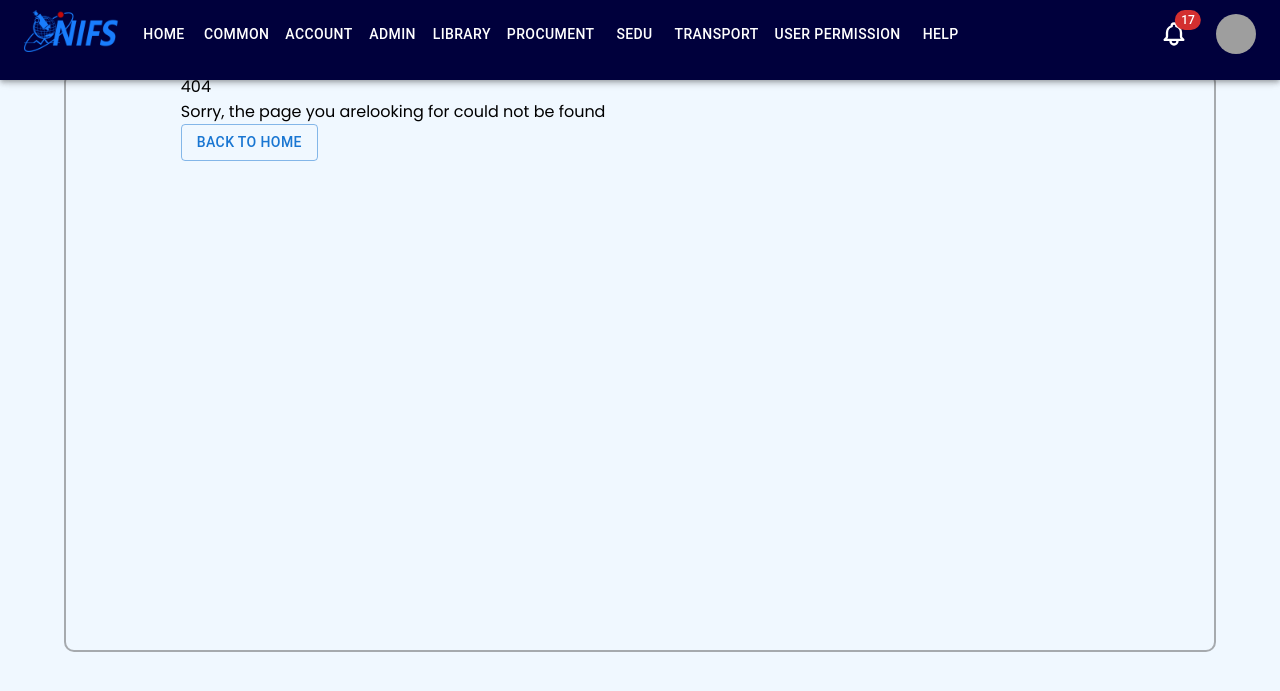
Repository: virangaj/NIFS-WebApp
Page: /error-404 (app in client/)
An editor plug-in stored every save of this project. The page is shown before and after the next save, followed by the edit.
The browser window is 1280 px wide. The pictures show the whole page.
Pictures or frames that could not be fetched are drawn as grey boxes. The project was rebuilt for these pictures with package versions that can differ from the ones it lists, and the page was loaded fresh each time. Also part of the build but not shown: client/src/pages/Login.tsx, client/src/pages/Home.tsx, client/src/components/Transport/shared/TransportNavbar.js, client/src/pages/TransportMainPage.tsx, client/src/pages/CommonMainPage.tsx, client/src/pages/AccountMainPage.tsx, client/src/pages/AdminMainPage.tsx, client/src/pages/LibraryMainPage.js and 16 more.

Above is the page before, as saved 2022-07-27 20:18:12.

### client/public/index.html
<!DOCTYPE html>
<html lang="en">
	<head>
		<meta charset="utf-8" />
		<link rel="icon" href="nifs_logo.png" />
		<meta name="viewport" content="width=device-width, initial-scale=1" />
		<meta name="theme-color" content="#000000" />
		<meta
			name="description"
			content="Web site created using create-react-app"
		/>
		<link rel="apple-touch-icon" href="%PUBLIC_URL%/logo192.png" />
		<!--
      manifest.json provides metadata used when your web app is installed on a
      user's mobile device or desktop. See https://developers.google.com/web/fundamentals/web-app-manifest/
    -->
		<link rel="manifest" href="%PUBLIC_URL%/manifest.json" />
		<!--
      Notice the use of %PUBLIC_URL% in the tags above.
      It will be replaced with the URL of the `public` folder during the build.
      Only files inside the `public` folder can be referenced from the HTML.

      Unlike "/favicon.ico" or "favicon.ico", "%PUBLIC_URL%/favicon.ico" will
      work correctly both with client-side routing and a non-root public URL.
      Learn how to configure a non-root public URL by running `npm run build`.
    -->
		<link
			href="https://fonts.googleapis.com/css?family=Poppins"
			rel="stylesheet"
		/>
		<title>NIFS Dashboard</title>
	</head>
	<body>
		<noscript>You need to enable JavaScript to run this app.</noscript>
		<div id="root"></div>
		<!--
      This HTML file is a template.
      If you open it directly in the browser, you will see an empty page.

      You can add webfonts, meta tags, or analytics to this file.
      The build step will place the bundled scripts into the <body> tag.

      To begin the development, run `npm start` or `yarn start`.
      To create a production bundle, use `npm run build` or `yarn build`.
    -->
	</body>
</html>

### client/src/index.css
* {
  margin: 0;
}

body {
  font-family: 'Poppins';
  -webkit-font-smoothing: antialiased;
  -moz-osx-font-smoothing: grayscale;
  background-color: aliceblue;
}

:root {
  --main-navbar-back: #00003c;
  --nav-title-section-back: rgba(4, 70, 80, 0.616);
  --white: #fff;
  --black: #000;
  --gray: rgba(68, 68, 68, 0.432);
  --border-radius: 10px;
  --pimary: rgb(10, 94, 133);
  --warning: #ed3d63;
}


.nav-logo {
  width: 100px;
  height: auto;
}

a {
  text-decoration: none;
}


/* main navbar */
.main-navbar {
  background-color: var(--main-navbar-back) !important;
  width: 100% !important;
  height: 80px !important;

}



/* secondary navbar */
.secondary-navbar {
  margin-top: 10vh !important;
  margin: auto;
}

.nav-flex-section {
  display: flex;
  justify-content: center;
}

.nav-flex-inside {
  margin-left: 5px;
  margin-left: 5px;
}

.nav-title {
  font-size: 15px;
  text-align: center;
  color: var(--white);
  font-weight: 600;

}

.nav-title-section {
  border-radius: var(--border-radius);
  background-color: var(--nav-title-section-back);
  box-shadow: rgba(100, 100, 111, 0.2) 0px 7px 29px 0px;

}

.nav-icon {
  font-size: 30px;
}

.nav-link {
  display: flex;
  flex-direction: column;
  align-items: center;
  font-size: 15px;
  margin-left: 10px;
  margin-left: 10px;
  border: none;
  box-shadow: rgba(100, 100, 111, 0.2) 0px 7px 29px 0px;
  padding: 4px 8px 6px 8px;
  margin-bottom: 10px;
  text-align: center;
  width: 125px;
  border-radius: var(--border-radius);
  background-color: var(--white);
  outline: none;
  height: 100px;

}

.nav-link:hover {
  color: var(--pimary);
  cursor: pointer;
  box-shadow: rgba(81, 146, 177, 0.2) 0px 7px 29px 0px;
  background-color: rgb(254, 255, 205);
  border-bottom: 2px solid var(--warning);

}


.nav-link:active {
  color: var(--pimary);
  cursor: pointer;
  box-shadow: rgba(81, 146, 177, 0.2) 0px 7px 29px 0px;
  background-color: rgb(205, 248, 255);
  border-bottom: 2px solid var(--warning);
}

.nav-link-active {
  color: var(--pimary);
  cursor: pointer;
  box-shadow: rgba(81, 146, 177, 0.2) 0px 7px 29px 0px;
  background-color: rgb(205, 248, 255);
  border-bottom: 2px solid var(--warning);
}

/* body content */
.body-content {
  margin: auto;
  width: 90%;
  margin-top: 10vh;

}



/* error page */
.error-page {


  align-items: center;
  border: 2px solid var(--gray);
  border-radius: var(--border-radius);
  height: 80vh;
}

.error-page-content {
  width: 80%;
  margin: auto;
}

### client/src/App.tsx
import React, { useEffect } from 'react';
import Navbar from './components/shared/Navbar';
import Login from './pages/Login'
import { BrowserRouter as Router, Route, Routes } from 'react-router-dom'
import Home from './pages/Home';
import TransportMainPage from './pages/TransportMainPage';
import CommonMainPage from './pages/CommonMainPage';
import AccountMainPage from './pages/AccountMainPage';
import AdminMainPage from './pages/AdminMainPage';
import LibraryMainPage from './pages/LibraryMainPage';
import ProcumentMainPage from './pages/ProcumentMainPage';
import SeduMainPage from './pages/SeduMainPage';
import UserPermissionMainPage from './pages/UserPermissionMainPage';
import NotificationMainPage from './pages/NotificationMainPage';
import HelpMainPage from './pages/HelpMainPage';
import ErrorPage from './pages/ErrorPage';

function App() {


  return (
    <Router>
      <Navbar />
      <Routes>

        <Route path="/login" element={<Login />} />
        <Route path="/" element={<Home />} />
        <Route path="/common/*" element={<CommonMainPage />} />
        <Route path="/account/*" element={<AccountMainPage />} />
        <Route path="/admin/*" element={<AdminMainPage />} />
        <Route path="/library/*" element={<LibraryMainPage />} />
        <Route path="/procument/*" element={<ProcumentMainPage />} />
        <Route path="/sedu/*" element={<SeduMainPage />} />
        <Route path="/transport/*" element={<TransportMainPage />} />
        <Route
          path="/user-permission/*"
          element={<UserPermissionMainPage />}
        />
        <Route
          path="/notification/*"
          element={<NotificationMainPage />}
        />
        <Route path="/help/*" element={<HelpMainPage />} />
        <Route path="/error-404" element={<ErrorPage />} />
      </Routes>


    </Router>
  );
}

export default App;

### client/src/components/shared/Navbar.tsx
import * as React from 'react';
import AppBar from '@mui/material/AppBar';
import Box from '@mui/material/Box';
import Toolbar from '@mui/material/Toolbar';
import IconButton from '@mui/material/IconButton';
import Typography from '@mui/material/Typography';
import Menu from '@mui/material/Menu';
import Container from '@mui/material/Container';
import Avatar from '@mui/material/Avatar';
import Button from '@mui/material/Button';
import Tooltip from '@mui/material/Tooltip';
import MenuItem from '@mui/material/MenuItem';
import { HiMenuAlt2, HiOutlineBell } from "react-icons/hi";
import Badge from '@mui/material/Badge';
import Logo from '../../images/nifs_logo.png'
import { Link, useLocation } from 'react-router-dom';
const pages = [
    {
        id: 0,
        title: 'Home',
        link: '/',
    },
    {
        id: 1,
        title: 'Common',
        link: '/common',
    },
    {
        id: 2,
        title: 'Account',
        link: '/account',
    },
    {
        id: 3,
        title: 'Admin',
        link: '/admin',
    },
    {
        id: 4,
        title: 'Library',
        link: '/library',
    },
    {
        id: 5,
        title: 'Procument',
        link: '/procument',
    },
    {
        id: 6,
        title: 'SEDU',
        link: '/sedu',
    },
    {
        id: 7,
        title: 'Transport',
        link: '/transport',
    },
    {
        id: 8,
        title: 'User Permission',
        link: '/user-permission',
    },
    // {
    //     id: 9,
    //     title: 'Notification',
    //     link: '/notification',
    // },
    {
        id: 10,
        title: 'Help',
        link: '/help',
    },
];
const settings = [
    {
        id: 0,
        title: 'Login',
        link: '/login',
    },
];
const Navbar = () => {

    // nav bar function and variables
    const location: any = useLocation();

    const [anchorElNav, setAnchorElNav] = React.useState<null | HTMLElement>(null);
    const [anchorElUser, setAnchorElUser] = React.useState<null | HTMLElement>(null);

    const handleOpenNavMenu = (event: React.MouseEvent<HTMLElement>) => {
        setAnchorElNav(event.currentTarget);
    };
    const handleOpenUserMenu = (event: React.MouseEvent<HTMLElement>) => {
        setAnchorElUser(event.currentTarget);
    };

    const handleCloseNavMenu = () => {
        setAnchorElNav(null);
    };

    const handleCloseUserMenu = () => {
        setAnchorElUser(null);
    };

    return (
        <AppBar position="fixed" className="main-navbar">
            <Container maxWidth="xl">
                <Toolbar disableGutters>
                    {/*Responsive view start here  */}
                    <Box sx={{ display: { xs: 'none', md: 'flex' }, mr: 1 }}>
                        <Link to='/'>
                            <img src={Logo} alt="logo" className="nav-logo" />
                        </Link>
                    </Box>


                    <Box sx={{ flexGrow: 1, display: { xs: 'flex', md: 'none' } }}>
                        <IconButton
                            size="large"
                            aria-label="account of current user"
                            aria-controls="menu-appbar"
                            aria-haspopup="true"
                            onClick={handleOpenNavMenu}
                            color="inherit"
                        >
                            <HiMenuAlt2 />
                        </IconButton>
                        <Menu
                            id="menu-appbar"
                            anchorEl={anchorElNav}
                            anchorOrigin={{
                                vertical: 'bottom',
                                horizontal: 'left',
                            }}
                            keepMounted
                            transformOrigin={{
                                vertical: 'top',
                                horizontal: 'left',
                            }}
                            open={Boolean(anchorElNav)}
                            onClose={handleCloseNavMenu}
                            sx={{
                                display: { xs: 'block', md: 'none' },
                            }}
                        >
                            {pages && pages.map((page, index) => (
                                location.pathname.split('/')[1] === page.link.split('/')[1] ?
                                    <Link to={page.link} style={{ textDecoration: 'none' }} key={index}>
                                        <Button

                                            onClick={handleCloseNavMenu}
                                            sx={{ my: 2, color: 'white', display: 'block' }}
                                            style={{ backgroundColor: '#000', color: '#fff', fontWeight: 700 }}
                                        >
                                            {page.title}
                                        </Button>
                                    </Link>
                                    :
                                    <Link to={page.link} style={{ textDecoration: 'none' }} >
                                        <Button
                                            key={page.id}
                                            onClick={handleCloseNavMenu}
                                            sx={{ my: 2, color: 'white', display: 'block' }}
                                            style={{ backgroundColor: '#fff', color: '#000' }}
                                        >
                                            {page.title}
                                        </Button>
                                    </Link>
                            ))}
                        </Menu>
                    </Box>
                    {/* Responsive view ends here */}

                    {/* Full width starts here */}
                    <Box
                        sx={{
                            mr: 2,
                            display: { xs: 'flex', md: 'none' },
                            flexGrow: 1,
                        }}
                    >
                        <Link to='/'>
                            <img src={Logo} alt="logo" className="nav-logo" />
                        </Link>
                    </Box>

                    <Box sx={{ flexGrow: 1, display: { xs: 'none', md: 'flex' } }}>
                        {pages.map((page, index) => (
                            location.pathname.split('/')[1] === page.link.split('/')[1] ?
                                <Link to={page.link} style={{ textDecoration: 'none' }} key={index}>
                                    <Button
                                        onClick={handleCloseNavMenu}
                                        sx={{ my: 2, color: 'white', display: 'block' }}
                                        style={{ backgroundColor: '#fff', color: '#000', fontWeight: 700 }}


                                    >
                                        {page.title}
                                    </Button>
                                </Link>
                                :
                                <Link to={page.link} style={{ textDecoration: 'none' }} >
                                    <Button
                                        key={page.id}
                                        onClick={handleCloseNavMenu}
                                        sx={{ my: 2, color: 'white', display: 'block' }}

                                    >
                                        {page.title}
                                    </Button>
                                </Link>
                        ))}
                    </Box>
                    <IconButton
                        size="large"
                        aria-label="show 17 new notifications"
                        color="inherit"
                        sx={{ mr: 2 }}
                    >
                        <Badge badgeContent={17} color="error">
                            <HiOutlineBell />
                        </Badge>
                    </IconButton>
                    <Box sx={{ flexGrow: 0 }}>
                        <Tooltip title="Open settings">
                            <IconButton onClick={handleOpenUserMenu} sx={{ p: 0 }}>
                                <Avatar alt="Remy Sharp" src="/static/images/avatar/2.jpg" />
                            </IconButton>
                        </Tooltip>
                        <Menu
                            sx={{ mt: '45px' }}
                            id="menu-appbar"
                            anchorEl={anchorElUser}
                            anchorOrigin={{
                                vertical: 'top',
                                horizontal: 'right',
                            }}
                            keepMounted
                            transformOrigin={{
                                vertical: 'top',
                                horizontal: 'right',
                            }}
                            open={Boolean(anchorElUser)}
                            onClose={handleCloseUserMenu}
                        >
                            {settings && settings.map((setting, index) => (
                                <MenuItem key={index} onClick={handleCloseUserMenu}>
                                    <Typography textAlign="center">{setting.title}</Typography>
                                </MenuItem>
                            ))}
                        </Menu>
                    </Box>
                </Toolbar>
            </Container>
        </AppBar>
    );
};
export default Navbar;

### client/src/pages/ErrorPage.tsx
import { Button } from '@mui/material'
import React from 'react'
import { Link } from 'react-router-dom'

function ErrorPage() {
    return (
        <div className="body-content">
            <div className='error-page'>

                <div className='error-page-content'>
                    <p>404</p>
                    <p>Sorry, the page you arelooking for could not be found</p>
                    <Link to='/'>
                        <Button variant="outlined">Back to home</Button>
                    </Link>

                </div>

            </div>
        </div>
    )
}

export default ErrorPage

Loaded but not shown: client/src/index.tsx (common file); client/src/reportWebVitals.ts (common file)

After the next save:
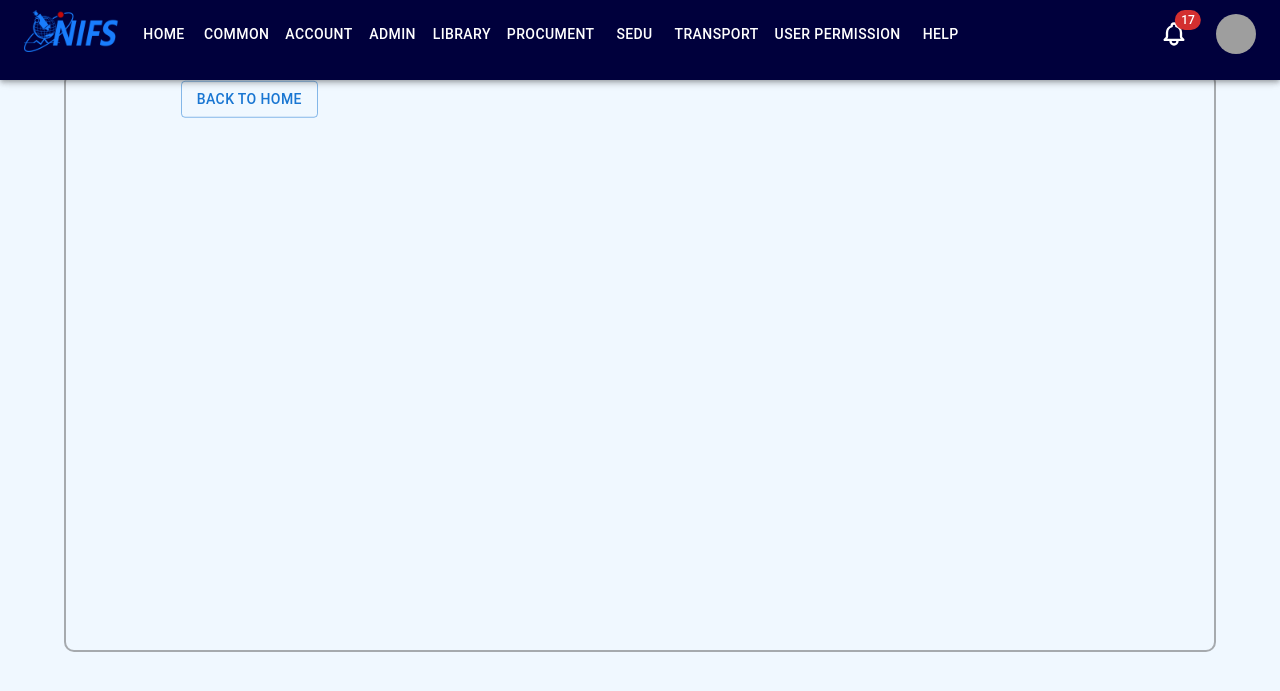
Saved 12 s later.
--- a/client/src/index.css
+++ b/client/src/index.css
@@ -145,4 +145,7 @@ a {
 .error-page-content {
   width: 80%;
   margin: auto;
+  top: 50%;
+  -ms-transform: translateY(-50%);
+  transform: translateY(-50%);
 }

After the save that followed:
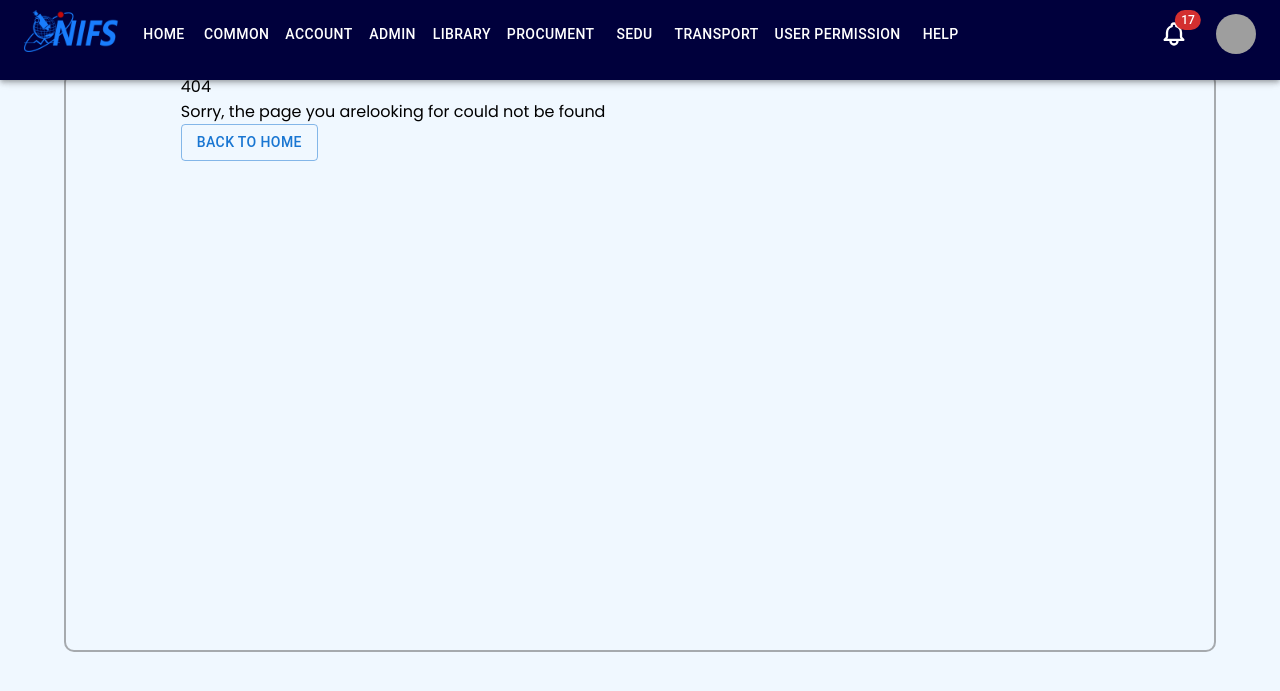
Saved 5 s later.
--- a/client/src/index.css
+++ b/client/src/index.css
@@ -145,7 +145,5 @@ a {
 .error-page-content {
   width: 80%;
   margin: auto;
-  top: 50%;
-  -ms-transform: translateY(-50%);
-  transform: translateY(-50%);
+
 }
